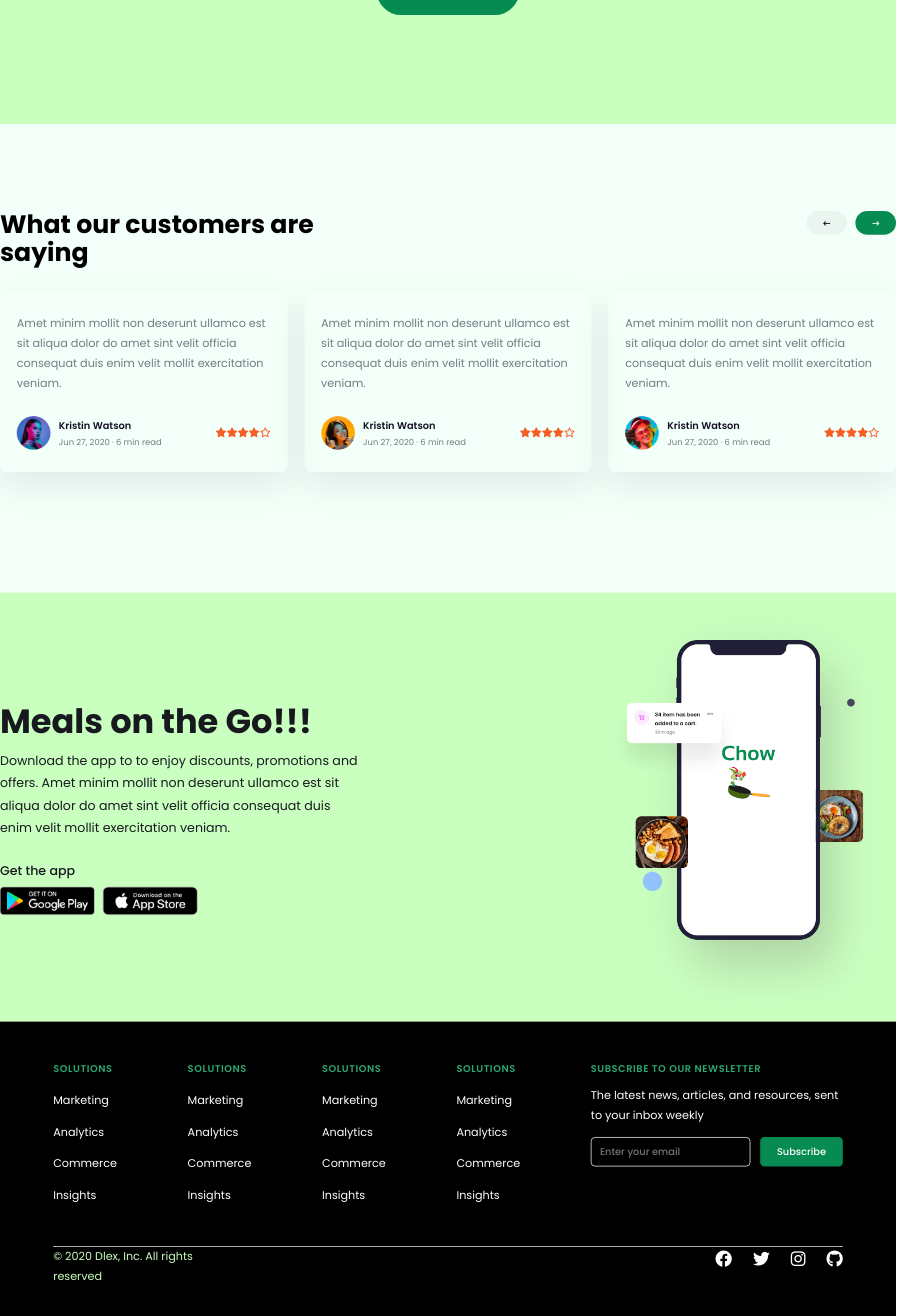
Repository: nguyennam1029/balbal
Page: index.html
The author's editor kept a copy of each file at every save. The page is drawn from the files as they stood at one save, then again after the next save.
The browser window is 1280 px wide. The page is 1292 px wide, so the pictures cover 1292 px, including what lies to the right of the window. The pictures show the part of the page from y = 2299 to 4179 px (the page is 4179 px tall before and 4158 px after), at 70% of full size.
Some web libraries are served in a nearby version.

Above is the page before, as saved 2022-07-07 02:21:22.

### index.html
<!DOCTYPE html>
<html lang="en">
  <head>
    <meta charset="UTF-8" />
    <meta http-equiv="X-UA-Compatible" content="IE=edge" />
    <meta name="viewport" content="width=device-width, initial-scale=1.0" />
    <title>Chow</title>
    <link
      rel="stylesheet"
      href="https://cdnjs.cloudflare.com/ajax/libs/font-awesome/6.1.1/css/all.min.css"
      integrity="sha512-KfkfwYDsLkIlwQp6LFnl8zNdLGxu9YAA1QvwINks4PhcElQSvqcyVLLD9aMhXd13uQjoXtEKNosOWaZqXgel0g=="
      crossorigin="anonymous"
      referrerpolicy="no-referrer"
    />
    <link rel="stylesheet" href="css/grid.css" />
    <link rel="stylesheet" href="css/style.css" />
  </head>
  <body>
    <div class="app">
      <div class="grid wide">
        <div class="menu">
          <a href="#" class="menu-left">Chow</a>
          <ul class="menu-center">
            <li class="menu-center-item">
              <a href="#" class="menu-center--link active">Home</a>
            </li>
            <li class="menu-center-item">
              <a href="#" class="menu-center--link">Menu</a>
            </li>
            <li class="menu-center-item">
              <a href="#" class="menu-center--link">About</a>
            </li>
            <li class="menu-center-item">
              <a href="#" class="menu-center--link">Resturants</a>
            </li>
            <li class="menu-center-item">
              <a href="#" class="menu-center--link">Contact</a>
            </li>
          </ul>
          <ul class="menu-right">
            <li class="menu-right-item">
              <a href="#" class="menu-right--link">
                <i class="fa-solid fa-circle-user"></i>
              </a>
            </li>
            <li class="menu-right-item">
              <a href="#" class="menu-right--link active">
                <i class="fa-solid fa-bag-shopping"></i>
                <span class="menu-right--circle"></span>
              </a>
            </li>
          </ul>
        </div>
        <div class="banner">
          <div class="row">
            <div class="col l-6 m-12 c-12">
              <div class="banner-info">
                <h1 class="banner-title">Tasty Meals made for You</h1>
                <span class="banner-des"
                  >Amet minim mollit non deserunt ullamco est sit aliqua dolor
                  do amet sint. Velit officia consequat duis enim velit mollit.
                  Exercitation veniam consequat sunt nostrud amet.</span
                >
                <a href="#" class="banner-btn"> View Menu 🍲 </a>
              </div>
            </div>
            <div class="col l-6 m-12 c-12">
              <div class="banner-img">
                <img src="images/banner1.png" alt="" />
              </div>
            </div>
          </div>
        </div>
        <div class="statistical">
          <div class="row">
            <div class="col l-3 m-6 c-12">
              <div class="statistical-item">
                <h3 class="statistical-item--title">100%</h3>
                <span class="statistical-item--des">User satisfaction</span>
              </div>
            </div>
            <div class="col l-3 m-6 c-12">
              <div class="statistical-item">
                <h3 class="statistical-item--title">150+</h3>
                <span class="statistical-item--des">Resturants</span>
              </div>
            </div>
            <div class="col l-3 m-6 c-12">
              <div class="statistical-item">
                <h3 class="statistical-item--title">24/7</h3>
                <span class="statistical-item--des">Customer support</span>
              </div>
            </div>
            <div class="col l-3 m-6 c-12">
              <div class="statistical-item">
                <h3 class="statistical-item--title">250K</h3>
                <span class="statistical-item--des">Users served</span>
              </div>
            </div>
          </div>
        </div>
      </div>
      <div class="product">
        <div class="grid wide">
          <div class="product-top">
            <div class="row">
              <div class="col l-4 m-12 c-12">
                <h3 class="product-heading">Simple Meals for You</h3>
              </div>
              <!-- <div class="col l-8 m-12 c-12"> -->
              <ul class="tab-list col l-8 m-12 c-12">
                <li class="tab-item active l-2 m-3 c-4">All</li>
                <li class="tab-item l-2 m-3 c-4">Breakfast</li>
                <li class="tab-item l-2 m-3 c-4">Lunch</li>
                <li class="tab-item l-2 m-3 c-4">Dinner</li>
                <li class="tab-item l-2 m-3 c-4">Desert</li>
                <li class="tab-item l-2 m-3 c-4">Beverage</li>
              </ul>
              <!-- </div> -->
            </div>
          </div>
          <div class="product-list">
            <div class="row">
              <div class="col l-4 m-6 c-12">
                <div class="product-item">
                  <img
                    class="product-item--img"
                    src="images/product1.png"
                    alt=""
                  />
                  <div class="product-item--rating">
                    <i class="fa-solid fa-star"></i>
                    <span>4.5</span>
                  </div>
                  <div class="product-item--content">
                    <h4 class="product-item--name">French Toast and Coffee</h4>
                    <div class="product-item--footer">
                      <span class="product-item--price">$10</span>
                      <a href="#" class="product-item--btn">Add to cart</a>
                    </div>
                  </div>
                </div>
              </div>

              <div class="col l-4 m-6 c-12">
                <div class="product-item">
                  <img
                    class="product-item--img"
                    src="images/product1.png"
                    alt=""
                  />
                  <div class="product-item--rating">
                    <i class="fa-solid fa-star"></i>
                    <span>4.5</span>
                  </div>
                  <div class="product-item--content">
                    <h4 class="product-item--name">French Toast and Coffee</h4>
                    <div class="product-item--footer">
                      <span class="product-item--price">$10</span>
                      <a href="#" class="product-item--btn">Add to cart</a>
                    </div>
                  </div>
                </div>
              </div>

              <div class="col l-4 m-6 c-12">
                <div class="product-item">
                  <img
                    class="product-item--img"
                    src="images/product1.png"
                    alt=""
                  />
                  <div class="product-item--rating">
                    <i class="fa-solid fa-star"></i>
                    <span>4.5</span>
                  </div>
                  <div class="product-item--content">
                    <h4 class="product-item--name">French Toast and Coffee</h4>
                    <div class="product-item--footer">
                      <span class="product-item--price">$10</span>
                      <a href="#" class="product-item--btn">Add to cart</a>
                    </div>
                  </div>
                </div>
              </div>

              <div class="col l-4 m-6 c-12">
                <div class="product-item">
                  <img
                    class="product-item--img"
                    src="images/product1.png"
                    alt=""
                  />
                  <div class="product-item--rating">
                    <i class="fa-solid fa-star"></i>
                    <span>4.5</span>
                  </div>
                  <div class="product-item--content">
                    <h4 class="product-item--name">French Toast and Coffee</h4>
                    <div class="product-item--footer">
                      <span class="product-item--price">$10</span>
                      <a href="#" class="product-item--btn">Add to cart</a>
                    </div>
                  </div>
                </div>
              </div>

              <div class="col l-4 m-6 c-12">
                <div class="product-item">
                  <img
                    class="product-item--img"
                    src="images/product1.png"
                    alt=""
                  />
                  <div class="product-item--rating">
                    <i class="fa-solid fa-star"></i>
                    <span>4.5</span>
                  </div>
                  <div class="product-item--content">
                    <h4 class="product-item--name">French Toast and Coffee</h4>
                    <div class="product-item--footer">
                      <span class="product-item--price">$10</span>
                      <a href="#" class="product-item--btn">Add to cart</a>
                    </div>
                  </div>
                </div>
              </div>

              <div class="col l-4 m-6 c-12">
                <div class="product-item">
                  <img
                    class="product-item--img"
                    src="images/product1.png"
                    alt=""
                  />
                  <div class="product-item--rating">
                    <i class="fa-solid fa-star"></i>
                    <span>4.5</span>
                  </div>
                  <div class="product-item--content">
                    <h4 class="product-item--name">French Toast and Coffee</h4>
                    <div class="product-item--footer">
                      <span class="product-item--price">$10</span>
                      <a href="#" class="product-item--btn">Add to cart</a>
                    </div>
                  </div>
                </div>
              </div>
            </div>
            <div class="row">
              <div class="col c-12 product-menu">
                <a href="#" class="product-menu--btn">Explore Menu</a>
              </div>
            </div>
          </div>
        </div>
      </div>

      <!-- ĐÁNH GIÁ CMT  -->
      <div class="comment">
        <div class="grid wide">
          <div class="comment-top">
            <div class="row">
              <div class="col l-5">
                <h3 class="product-heading">What our customers are saying</h3>
              </div>
              <div class="col l-2 l-o-5">
                <div class="comment-btn">

                    <i
                      class="comment-top--icon fa-solid fa-arrow-left-long"
                    ></i>


                    <i
                      class="comment-top--icon active fa-solid fa-arrow-right-long"
                    ></i>
                  </div>
                </div>
            </div>
            <div class="comment-content">
              <div class="row">
                <!-- START-ITEM  -->
                  <div class="col l-4 m-6 c-12">
                    <div class="comment-item">
                      <span class="comment-title">
                        Amet minim mollit non deserunt ullamco est sit aliqua dolor do amet sint velit officia consequat duis enim velit mollit exercitation veniam.
                      </span>
                      <div class="comment-info">
                        <div class="info-left">
                          <img src="images/cmt1.png" alt="">
                          <div class="info-left--des">
                            <h4 class="info-left--name">Kristin Watson</h4>
                            <span class="info-left--time">Jun 27, 2020 · 6 min read</span>
                          </div>
                        </div>

                          <ul class="info-right--rating">
                            <li class="info-right--icon"><i class="fa-solid fa-star"></i></li>
                            <li class="info-right--icon"><i class="fa-solid fa-star"></i></li>
                            <li class="info-right--icon"><i class="fa-solid fa-star"></i></li>
                            <li class="info-right--icon"><i class="fa-solid fa-star"></i></li>
                            <li class="info-right--icon">
                              <i class="fa-regular fa-star"></i>
                            </li>
                          </ul>

                      </div>
                    </div>
                  </div>
                <!-- END-ITEM  -->

                <!-- START-ITEM  -->
                  <div class="col l-4 m-6 c-12">
                    <div class="comment-item">
                      <span class="comment-title">
                        Amet minim mollit non deserunt ullamco est sit aliqua dolor do amet sint velit officia consequat duis enim velit mollit exercitation veniam.
                      </span>
                      <div class="comment-info">
                        <div class="info-left">
                          <img src="images/cmt2.png" alt="">
                          <div class="info-left--des">
                            <h4 class="info-left--name">Kristin Watson</h4>
                            <span class="info-left--time">Jun 27, 2020 · 6 min read</span>
                          </div>
                        </div>

                          <ul class="info-right--rating">
                            <li class="info-right--icon"><i class="fa-solid fa-star"></i></li>
                            <li class="info-right--icon"><i class="fa-solid fa-star"></i></li>
                            <li class="info-right--icon"><i class="fa-solid fa-star"></i></li>
                            <li class="info-right--icon"><i class="fa-solid fa-star"></i></li>
                            <li class="info-right--icon">
                              <i class="fa-regular fa-star"></i>
                            </li>
                          </ul>

                      </div>
                    </div>
                  </div>
                <!-- END-ITEM  -->

                <!-- START-ITEM  -->
                  <div class="col l-4 m-6 c-12">
                    <div class="comment-item">
                      <span class="comment-title">
                        Amet minim mollit non deserunt ullamco est sit aliqua dolor do amet sint velit officia consequat duis enim velit mollit exercitation veniam.
                      </span>
                      <div class="comment-info">
                        <div class="info-left">
                          <img src="images/cmt3.png" alt="">
                          <div class="info-left--des">
                            <h4 class="info-left--name">Kristin Watson</h4>
                            <span class="info-left--time">Jun 27, 2020 · 6 min read</span>
                          </div>
                        </div>

                          <ul class="info-right--rating">
                            <li class="info-right--icon"><i class="fa-solid fa-star"></i></li>
                            <li class="info-right--icon"><i class="fa-solid fa-star"></i></li>
                            <li class="info-right--icon"><i class="fa-solid fa-star"></i></li>
                            <li class="info-right--icon"><i class="fa-solid fa-star"></i></li>
                            <li class="info-right--icon">
                              <i class="fa-regular fa-star"></i>
                            </li>
                          </ul>

                      </div>
                    </div>
                  </div>
                <!-- END-ITEM  -->
              </div>
            </div>
            </div>
          </div>
        </div>
      </div>
      <!-- END ĐÁNH GIÁ CMT  -->

      <!-- TRANSPORT VẬN CHUYỂN  -->
      <div class="transport">
        <div class="grid wide">
          <div class="row transport-list">
            <div class="col l-5">
              <div class="transport-item">
                <h4 class="transport-item--title">Meals on the Go!!!</h4>
                <span class="transport-item--des">Download the app to to enjoy discounts, promotions and offers.
Amet minim mollit non deserunt ullamco est sit aliqua dolor do amet sint velit officia consequat duis enim velit mollit exercitation veniam.</span>
                <div class="getApp">
                  <span class="getApp-title">Get the app</span>
                  <div class="getApp-img">
                    <a href="#" class="getApp-img--link">
                      <img src="images/Google Play Badge.png" alt="">
                    </a>
                    <a href="#" class="getApp-img--link">
                      <img src="images/App Store Badge.png" alt="">
                    </a>
                  </div>
                </div>
            </div>
            </div>
            <div class="col l-4 l-o-3">
              <div class="transport-item">
                <img src="images/transport.png" alt="">
              </div>

            </div>
          </div>
        </div>
      </div>
      <!-- END TRANSPORT VẬN CHUYỂN  -->
      <footer>
        <div class="grid footer">
          <div class="row">
            <div class="col l-2 m-4 c-12">
              <div class="footer-content">
                <h5 class="footer-title">Solutions</h5>
                <ul class="footer-list">
                  <li class="footer-item">
                    <a href="#" class="footer-link">Marketing</a>
                  </li>
                  <li class="footer-item">
                    <a href="#" class="footer-link">Analytics</a>
                  </li>
                  <li class="footer-item">
                    <a href="#" class="footer-link">Commerce</a>
                  </li>
                  <li class="footer-item">
                    <a href="#" class="footer-link">Insights</a>
                  </li>
                </ul>
              </div>
            </div>
            <div class="col l-2 m-4 c-12">
             <div class="footer-content">
                <h5 class="footer-title">Solutions</h5>
                <ul class="footer-list">
                  <li class="footer-item">
                    <a href="#" class="footer-link">Marketing</a>
                  </li>
                  <li class="footer-item">
                    <a href="#" class="footer-link">Analytics</a>
                  </li>
                  <li class="footer-item">
                    <a href="#" class="footer-link">Commerce</a>
                  </li>
                  <li class="footer-item">
                    <a href="#" class="footer-link">Insights</a>
                  </li>
                </ul>
              </div>
            </div>
            <div class="col l-2 m-4 c-12">
             <div class="footer-content">
                <h5 class="footer-title">Solutions</h5>
                <ul class="footer-list">
                  <li class="footer-item">
                    <a href="#" class="footer-link">Marketing</a>
                  </li>
                  <li class="footer-item">
                    <a href="#" class="footer-link">Analytics</a>
                  </li>
                  <li class="footer-item">
                    <a href="#" class="footer-link">Commerce</a>
                  </li>
                  <li class="footer-item">
                    <a href="#" class="footer-link">Insights</a>
                  </li>
                </ul>
              </div>
            </div>
            <div class="col l-2 m-4 c-12">
             <div class="footer-content">
                <h5 class="footer-title">Solutions</h5>
                <ul class="footer-list">
                  <li class="footer-item">
                    <a href="#" class="footer-link">Marketing</a>
                  </li>
                  <li class="footer-item">
                    <a href="#" class="footer-link">Analytics</a>
                  </li>
                  <li class="footer-item">
                    <a href="#" class="footer-link">Commerce</a>
                  </li>
                  <li class="footer-item">
                    <a href="#" class="footer-link">Insights</a>
                  </li>
                </ul>
              </div>
            </div>
            <div class="col l-4 m-3 c-12">
             <div class="footer-content">
                <h5 class="footer-title">Subscribe to our newsletter</h5>
                <span class="footer-des">The latest news, articles, and resources, sent to your inbox weekly</span>
                <div class="footer-contact">
                  <input type="text" placeholder="Enter your email">
                  <a href="#" class="footer-btn">Subscribe</a>
                </div>
              </div>
            </div>
          </div>
          <span class="hr"></span>
          <div class="row">
            <div class="col l-3">
              <span class="footer-copyright">© 2020 Dlex, Inc. All rights reserved</span>
            </div>
            <div class="col l-3 l-o-6">
              <ul class="footer-list--icon">
                <li>
                  <a href="#"><i class="fa-brands fa-facebook"></i></a>
                </li>
                <li>
                  <a href="#"><i class="fa-brands fa-twitter"></i></a>
                </li>
                <li>
                  <a href="#"><i class="fa-brands fa-instagram"></i></a>
                </li>
                <li>
                  <a href="#"><i class="fa-brands fa-github"></i></a>
                </li>
              </ul>
            </div>
          </div>
        </div>
      </footer>
    </div>
  </body>
</html>

Loaded but not shown: css/style.css (645 lines, source omitted); css/grid.css (597 lines, source omitted)

After the next save:
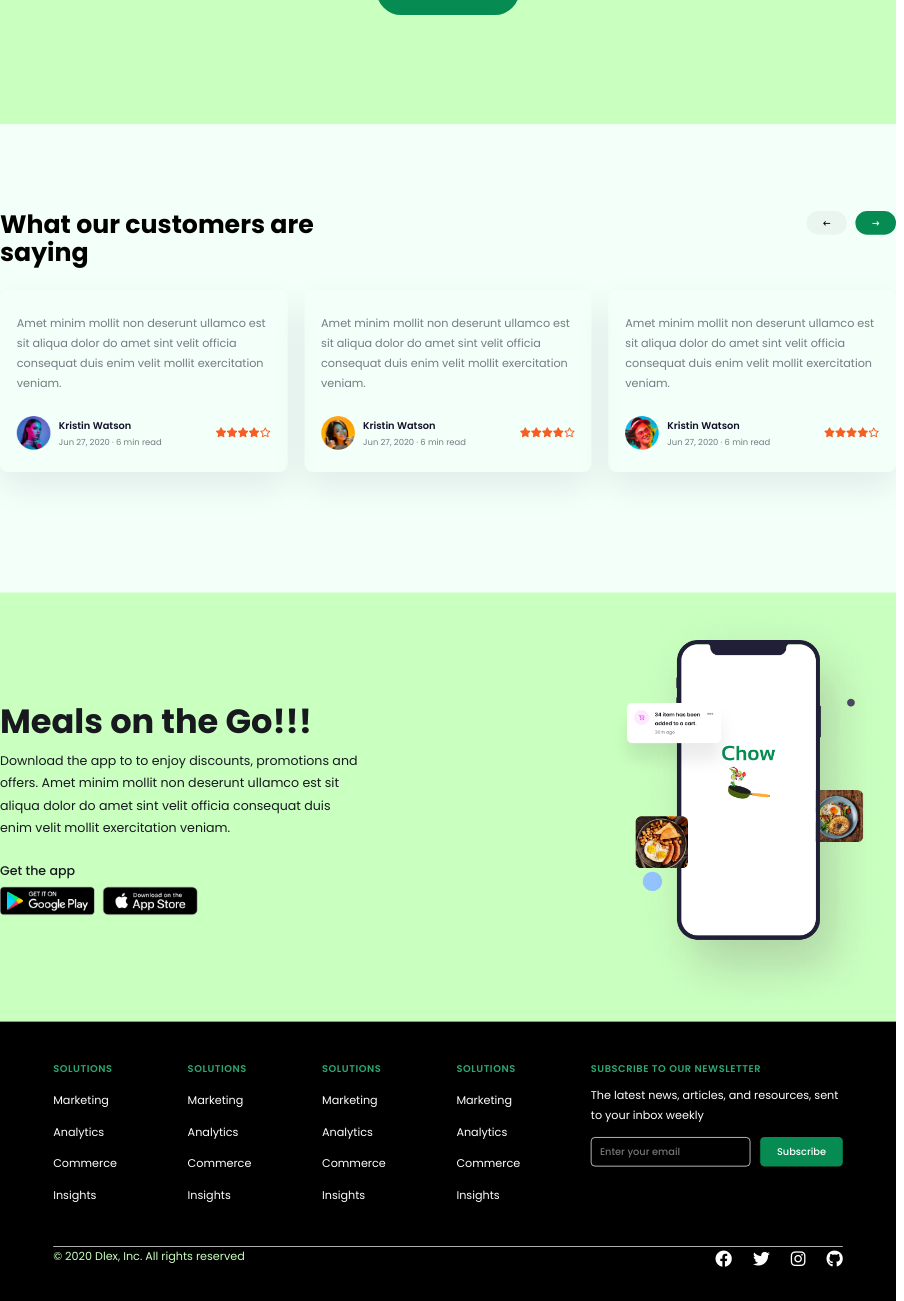
Saved 19 s later.
--- a/index.html
+++ b/index.html
@@ -501,10 +501,10 @@
           </div>
           <span class="hr"></span>
           <div class="row">
-            <div class="col l-3">
+            <div class="col l-4">
               <span class="footer-copyright">© 2020 Dlex, Inc. All rights reserved</span>
             </div>
-            <div class="col l-3 l-o-6">
+            <div class="col l-3 l-o-5">
               <ul class="footer-list--icon">
                 <li>
                   <a href="#"><i class="fa-brands fa-facebook"></i></a>
